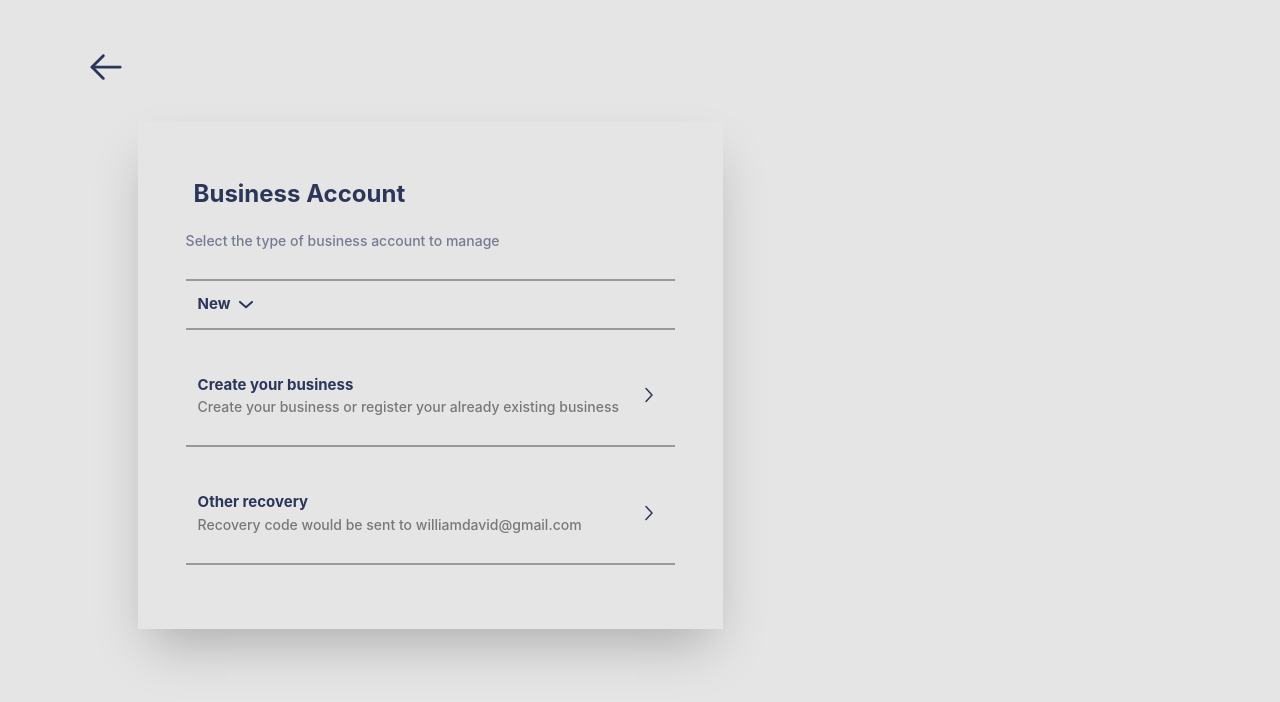
Repository: Osomhe1/findme_task
Page: /account
An editor plug-in stored every save of this project. The page is shown before and after the next save, followed by the edit.
The browser window is 1280 px wide. The pictures show the whole page.
The project was rebuilt for these pictures with package versions that can differ from the ones it lists, and the page was loaded fresh each time. Also part of the build but not shown: src/component/Clip.css, src/component/Logo.js, src/component/Drag.js, src/component/Memories.js, src/component/Publish.js, src/component/Insight.js, src/component/User.js, src/component/Clip.js and 20 more.

Above is the page before, as saved 2023-04-10 09:23:31.

After the next save:
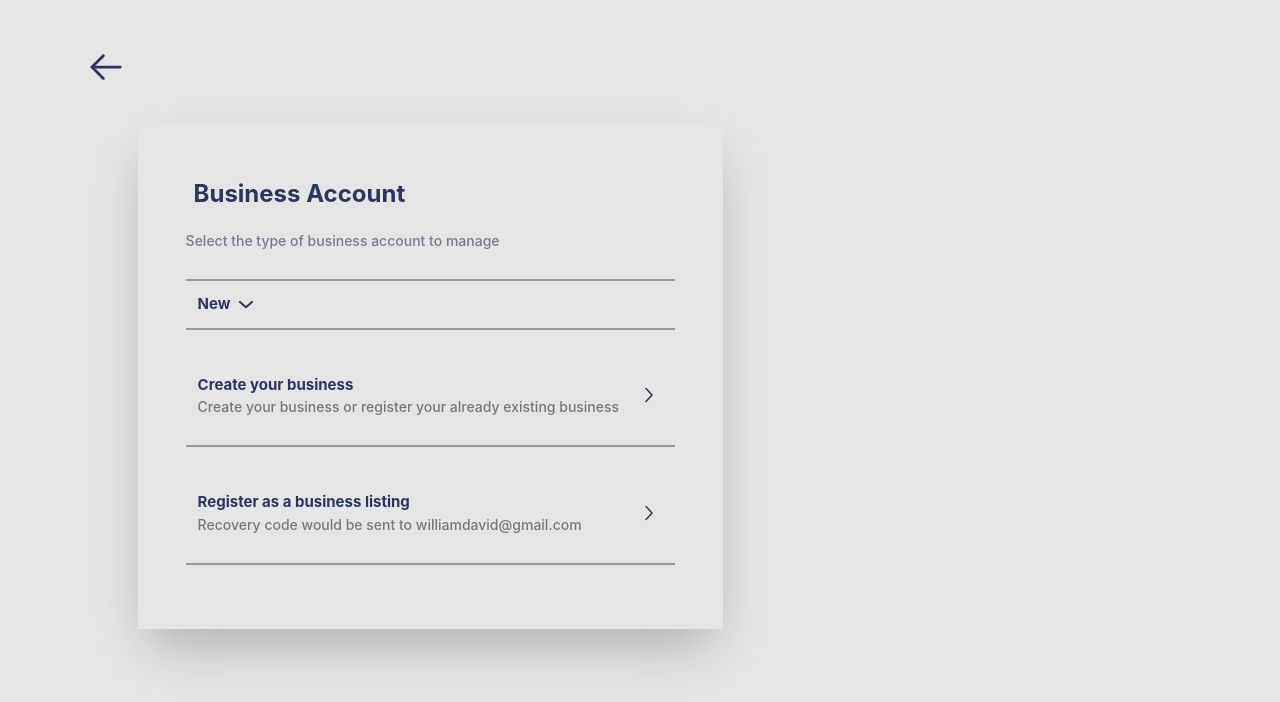
Saved 10 s later.
--- a/src/component/pages/Account.js
+++ b/src/component/pages/Account.js
@@ -95,7 +95,7 @@ export default function Account() {
               <div className="flex gap-4 items-center justify-between w-full border-[#999999] p-3 my-4 border-b-2  ">
                 <div className="py-4">
                   <h1 className="text-[#2B365A] font-bold text-[15px] ">
-                    Other recovery
+                    Register as a business listing
                   </h1>
                   <p className="text-[#787878] text-[14px] font-medium ">
                     Recovery code would be sent to williamdavid@gmail.com
